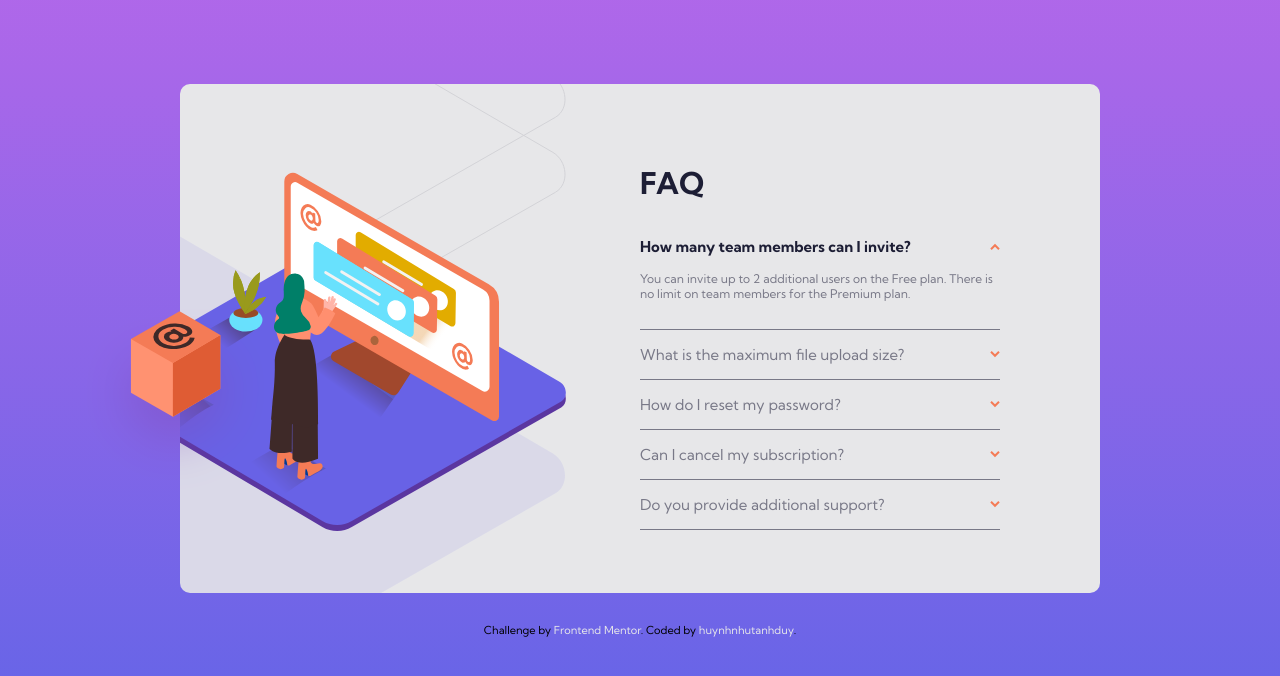
Repository: huynhnhutanhduy/faq-accordion-card
Page: index.html
An editor plug-in stored every save of this project. The page is shown before and after the next save, followed by the edit.
The browser window is 1280 px wide. The pictures show the whole page.
After loading, the first visible `div.card-item__header` was clicked once.

Above is the page before, as saved 2022-10-22 14:08:29.

### index.html
<!DOCTYPE html>
<html lang="en">
  <head>
    <meta charset="UTF-8" />
    <meta name="viewport" content="width=device-width, initial-scale=1.0" />
    <link rel="icon" type="image/png" sizes="32x32" href="./images/favicon-32x32.png" />
    <title>Frontend Mentor | FAQ Accordion Card</title>
    <link rel="preconnect" href="https://fonts.googleapis.com" />
    <link rel="preconnect" href="https://fonts.gstatic.com" crossorigin />
    <link
      href="https://fonts.googleapis.com/css2?family=Kumbh+Sans:wght@400;700&display=swap"
      rel="stylesheet"
    />
    <link rel="stylesheet" href="./app.css" />
  </head>
  <body>
    <main>
      <article class="card">
        <div class="card-media">
          <div class="card-img"></div>
          <img src="./images/illustration-box-desktop.svg" alt="box-icon" class="card-box" />
        </div>
        <div class="card-content">
          <h1 class="card-title">faq</h1>
          <div class="card-list">
            <div class="card-item">
              <div class="card-item__header">
                <span class="card-item__title">How many team members can I invite? </span>
                <img src="./images/icon-arrow-down.svg" alt="" class="card-item__icon" />
              </div>
              <div class="card-item__content">
                <div class="card-item__content-inner">
                  You can invite up to 2 additional users on the Free plan. There is no limit
                  on team members for the Premium plan.
                </div>
              </div>
            </div>
            <div class="card-item">
              <div class="card-item__header">
                <span class="card-item__title">What is the maximum file upload size? </span>
                <img src="./images/icon-arrow-down.svg" alt="" class="card-item__icon" />
              </div>
              <div class="card-item__content">
                <div class="card-item__content-inner">
                  No more than 2GB. All files in your account must fit your allotted storage
                  space.
                </div>
              </div>
            </div>
            <div class="card-item">
              <div class="card-item__header">
                <span class="card-item__title">How do I reset my password? </span>
                <img src="./images/icon-arrow-down.svg" alt="" class="card-item__icon" />
              </div>
              <div class="card-item__content">
                <div class="card-item__content-inner">
                  Click “Forgot password” from the login page or “Change password” from your
                  profile page. A reset link will be emailed to you.
                </div>
              </div>
            </div>
            <div class="card-item">
              <div class="card-item__header">
                <span class="card-item__title">Can I cancel my subscription? </span>
                <img src="./images/icon-arrow-down.svg" alt="" class="card-item__icon" />
              </div>
              <div class="card-item__content">
                <div class="card-item__content-inner">
                  Yes! Send us a message and we’ll process your request no questions asked.
                </div>
              </div>
            </div>
            <div class="card-item">
              <div class="card-item__header">
                <span class="card-item__title">Do you provide additional support? </span>
                <img src="./images/icon-arrow-down.svg" alt="" class="card-item__icon" />
              </div>
              <div class="card-item__content">
                <div class="card-item__content-inner">
                  Chat and email support is available 24/7. Phone lines are open during normal
                  business hours.
                </div>
              </div>
            </div>
          </div>
        </div>
      </article>
    </main>
    <footer class="attribution">
      Challenge by
      <a href="https://www.frontendmentor.io?ref=challenge" target="_blank">Frontend Mentor</a
      >. Coded by <a href="https://github.com/huynhnhutanhduy">huynhnhutanhduy</a>.
    </footer>

    <script src="./app.js"></script>
  </body>
</html>

### app.css
:root {
  --very-dark-desaturated-blue: hsl(238, 29%, 16%);
  --soft-red: hsl(14, 88%, 65%);
  --soft-violet: hsl(273, 75%, 66%);
  --soft-blue: hsl(240, 73%, 65%);
  --very-dark-grayish-blue: hsl(237, 12%, 33%);
  --dark-grayish-blue: hsl(240, 6%, 50%);
  --light-grayish-blue: hsl(240, 5%, 91%);
}
* {
  margin: 0;
  padding: 0;
  border: 0;
}
*,
*::before,
*::after,
html {
  box-sizing: border-box;
}
html {
  font-size: 62.5%;
}
body {
  font-size: 1.2rem;
  font-weight: normal;
  font-family: "Kumbh Sans", sans-serif;
  background-image: linear-gradient(var(--soft-violet), var(--soft-blue));
  margin: 0;
  height: 100vh;
  width: 100vw;
  display: grid;
  justify-content: center;
  align-content: center;
}
a {
  text-decoration: none;
}
img {
  display: block;
  max-width: 100%;
}

.attribution {
  font-size: 11px;
  text-align: center;
}
.attribution a {
  color: var(--light-grayish-blue);
}

.card {
  border-radius: 1rem;
  margin-bottom: 3rem;
  background-color: var(--light-grayish-blue);
  height: 509px;
  width: 920px;
  display: grid;
  grid-template-columns: 400px 1fr;
  grid-gap: 6rem;
  background-image: url("./images/bg-pattern-desktop.svg");
  background-repeat: no-repeat;
  background-position: 1260% 65%;
}
.card-media {
  position: relative;
}
.card-img {
  background: url("./images/illustration-woman-online-desktop.svg");
  height: 100%;
  background-repeat: no-repeat;
  background-position: 120% center;
}
.card-box {
  position: absolute;
  top: 42%;
  left: -25%;
}

.card-content {
  padding: 8rem 10rem 9rem 0;
}
.card-title {
  text-transform: uppercase;
  margin-bottom: 2rem;
  font-size: 3rem;
  color: var(--very-dark-desaturated-blue);
}
.card-item {
  padding-top: 1.5rem;
  border-bottom: 1px solid var(--dark-grayish-blue);
}
.card-item__header {
  display: flex;
  justify-content: space-between;
  font-size: 1.5rem;
  padding-bottom: 1.5rem;
  cursor: pointer;
  transition: all 0.25s linear;
  align-items: center;
}
.card-item__icon {
  width: 10px;
  height: 7px;
}
.active img {
  transform: rotate(180deg);
  transition: all 0.25s linear;
}
.active span {
  color: var(--very-dark-desaturated-blue);
  font-weight: 700;
}
.active .card-item__content {
  display: block;
  padding-bottom: 1.3rem;
}
.card-item__header > * {
  pointer-events: none;
}
.card-item__header,
.card-item__content {
  color: var(--dark-grayish-blue);
}
.card-item__header-icon {
  color: var(--soft-red);
}
.card-item__content {
  display: none;
}
.card-item__content-inner {
  margin-bottom: 1.5rem;
}

### app.js
const headers = document.querySelectorAll(".card-item__header");
[...headers].forEach((item) =>
  item.addEventListener("click", function () {
    if (this.parentNode.classList.contains("active")) {
      this.parentNode.classList.toggle("active");
      console.log(1);
    } else {
      headers.forEach((value) => value.parentNode.classList.remove("active"));
      this.parentNode.classList.add("active");
      console.log(0);
    }
  })
);

After the next save:
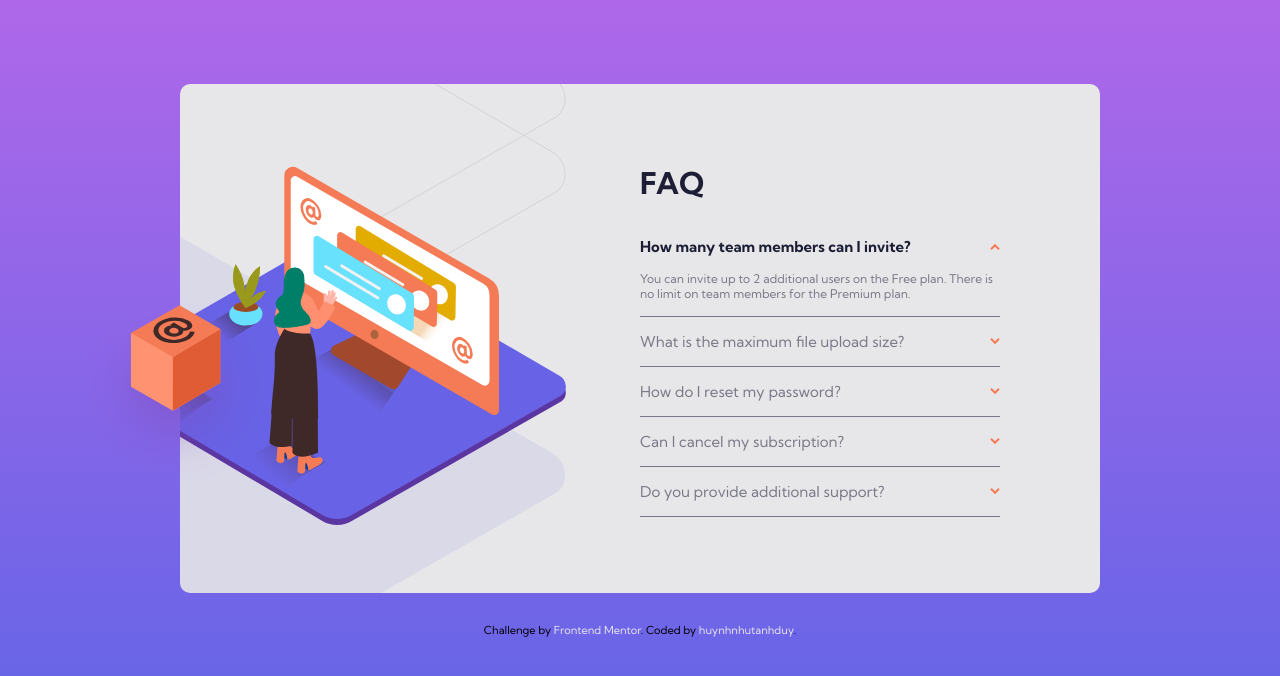
Saved 4 s later.
--- a/app.css
+++ b/app.css
@@ -113,7 +113,6 @@ img {
 }
 .active .card-item__content {
   display: block;
-  padding-bottom: 1.3rem;
 }
 .card-item__header > * {
   pointer-events: none;
